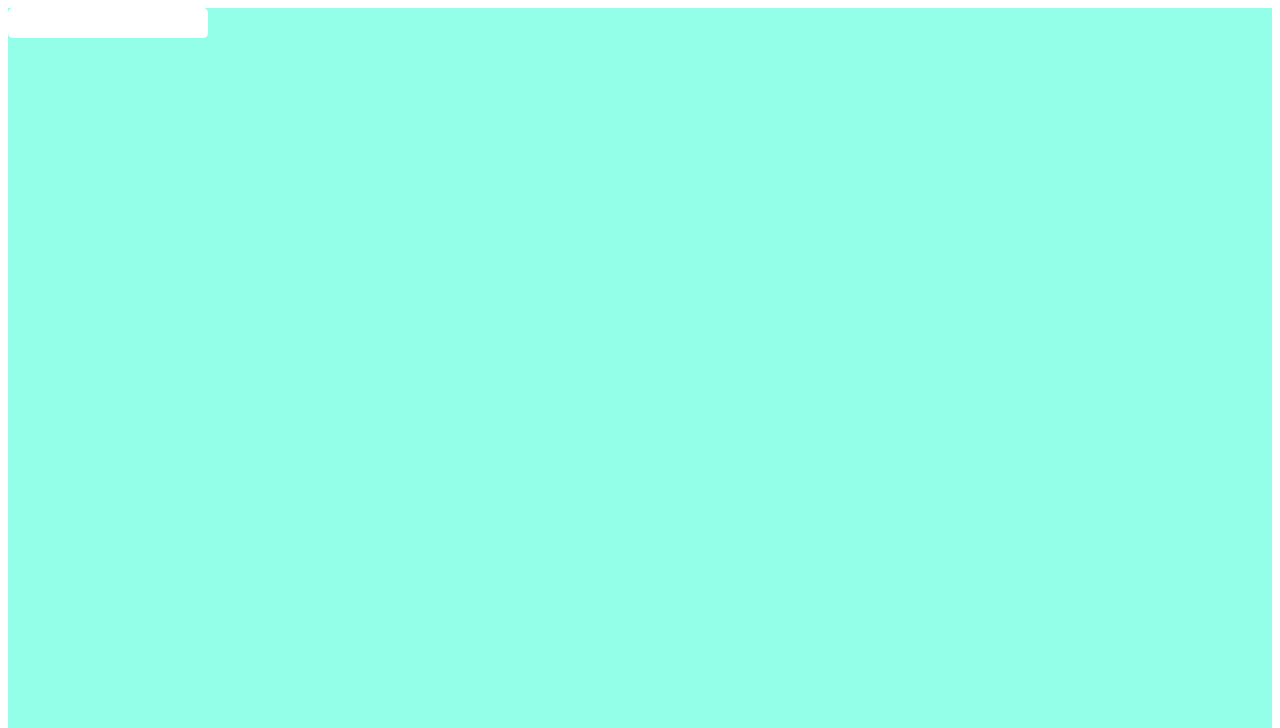
Repository: lxl0302/ClassBegin_-sound_code
Page: /#/
The author's editor kept a copy of each file at every save. The page is drawn from the files as they stood at one save, then again after the next save.
The browser window is 1280 px wide. The pictures show the whole page.
The project was rebuilt for these pictures with package versions that can differ from the ones it lists, and the page was loaded fresh each time.

Above is the page before, as saved 2020-07-08 16:23:54.

### src/main.js
import Vue from 'vue'
import App from './App.vue'
import create from './utils/create'
import router from './router/index'

Vue.config.productionTip = false

Vue.prototype.$create =create

new Vue({
  router,
  render: h => h(App),
}).$mount('#app')

### src/App.vue
<template>
  <div id="app">
    <HelloWorld />
  </div>
</template>

<script>
import HelloWorld from './views/index'

export default {
  name: 'App',
  components: {
    HelloWorld
  }
}
</script>

<style>
  html,body{
    height: 100%;
  }
  #app {
    height: 100%;
  }
</style>

### src/utils/create.js
import Vue from 'vue';

export default function create(Component, props) {
  // 先创建实例
  const vm = new Vue({
    render(h) {
      // h就是createElement, 它返回VNode
      return h(Component, {props})
    }
  }).$mount();
  // 手动挂在dom 创建实例后 会有与实例对应的实体dom
  document.body.appendChild(vm.$el)
  // 销毁方法
  const comp = vm.$children[0];
  comp.remove = function() {
    document.body.removeChild(vm.$el); // 移除实体dom
    vm.$destroy() // 销毁实例
  }
  return comp
}

### src/router/index.js
import Vue from 'vue'
import VueRouter from 'vue-router'

// 1.安装插件
Vue.use(VueRouter)

// 2.创建vue-router实例
const router = new VueRouter({
  // 配置映射
  routes: []
})

// 3.导出
export default router

### src/views/index.vue
<template>
  <div class="zong">
    <div class="toolbar"></div>
  </div>
</template>

<script>
export default {
  name: '',
  components: {},
  data() {
    return {}
  },
  computed: {},
  mounted() {},
  methods: {}
}
</script>
<style scoped>
.zong {
  width: 100%;
  height: 100%;
  background-color: rgba(0, 255, 200, 0.418);
}
.toolbar{
  position: relative;
  margin: 30 auto;
  width: 200px;
  height: 30px;
  border-radius: 5px;
  background-color: white;
}
</style>

Loaded but not shown: public/index.html (common file)

After the next save:
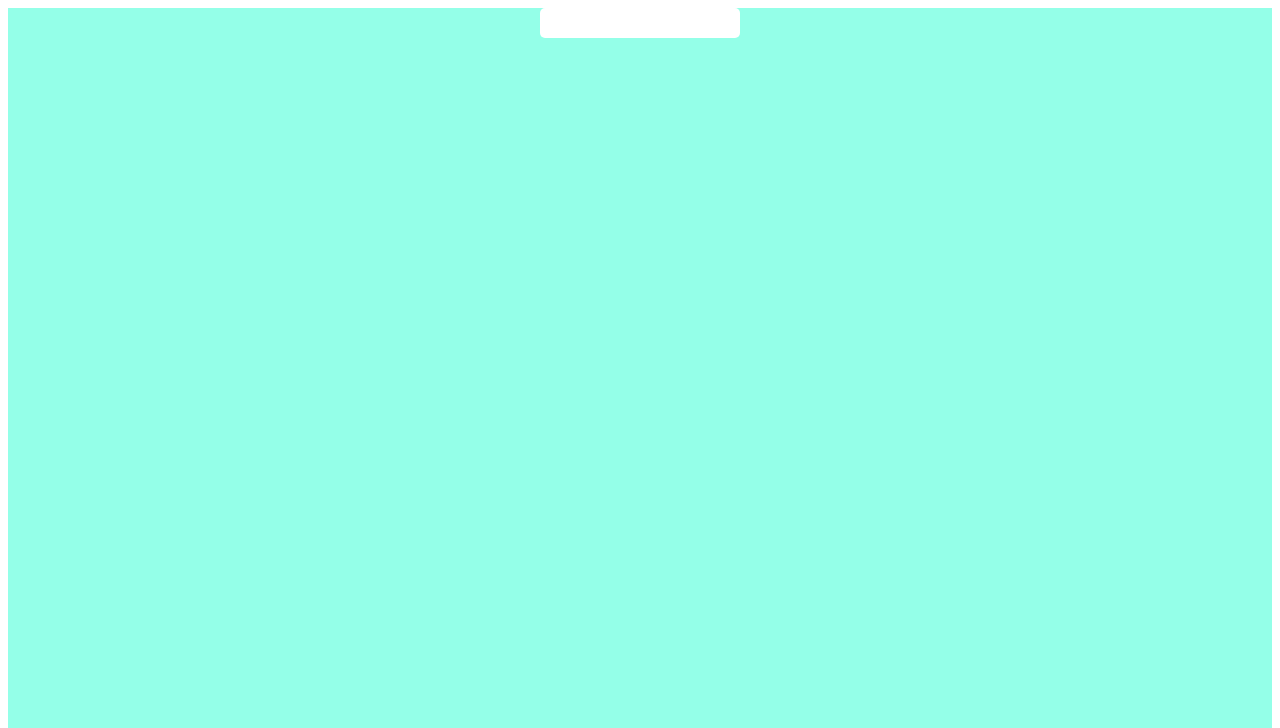
Saved 5 s later.
--- a/src/views/index.vue
+++ b/src/views/index.vue
@@ -24,7 +24,7 @@ export default {
 }
 .toolbar{
   position: relative;
-  margin: 30 auto;
+  margin: auto;
   width: 200px;
   height: 30px;
   border-radius: 5px;
